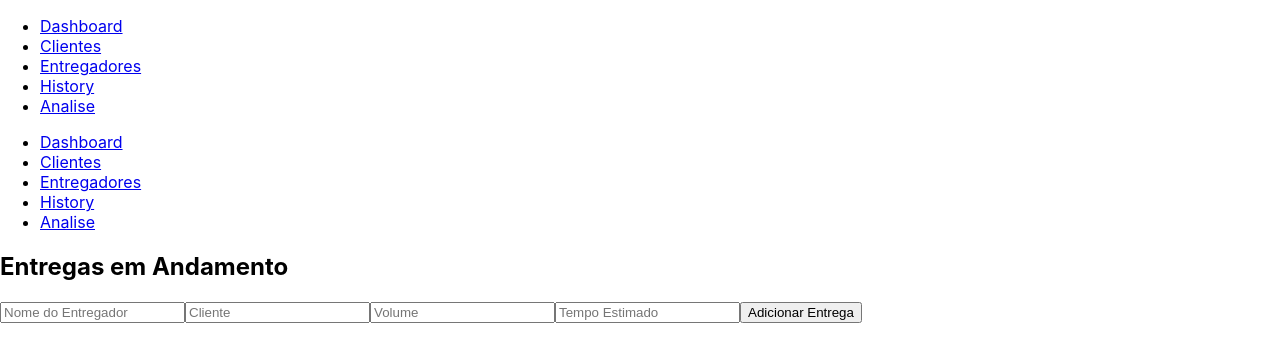
Repository: feliperanon/gestao-entregas
Page: /dashboard (app in frontend/)
The author's editor kept a copy of each file at every save. The page is drawn from the files as they stood at one save, then again after the next save.
The browser window is 1280 px wide. The pictures show the whole page.
The page's requests for data from a server got no answer. The project was rebuilt for these pictures with package versions that can differ from the ones it lists, and the page was loaded fresh each time. No one was signed in, and anything a server would have sent is missing. Also part of the build but not shown: frontend/src/pages/Clientes.js, frontend/src/pages/Entregadores.js, frontend/src/pages/History.js, frontend/src/pages/Analise.js, frontend/src/pages/Login.js.

Above is the page before, as saved 2024-06-30 10:02:10.

After the next save:
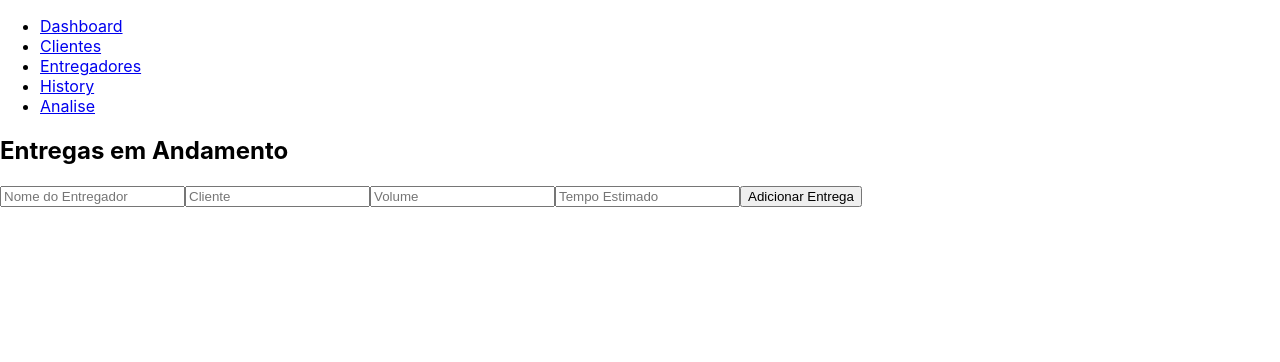
Saved 25 s later.
--- a/frontend/src/pages/Dashboard.js
+++ b/frontend/src/pages/Dashboard.js
@@ -53,15 +53,6 @@ const Dashboard = () => {
 
   return (
     <div>
-      <nav>
-        <ul>
-          <li><Link to="/dashboard">Dashboard</Link></li>
-          <li><Link to="/clientes">Clientes</Link></li>
-          <li><Link to="/entregadores">Entregadores</Link></li>
-          <li><Link to="/history">History</Link></li>
-          <li><Link to="/analise">Analise</Link></li>
-        </ul>
-      </nav>
       <h2>Entregas em Andamento</h2>
       <form onSubmit={handleSubmit}>
         <input name="nomeEntregador" value={form.nomeEntregador} onChange={handleChange} placeholder="Nome do Entregador" required />
